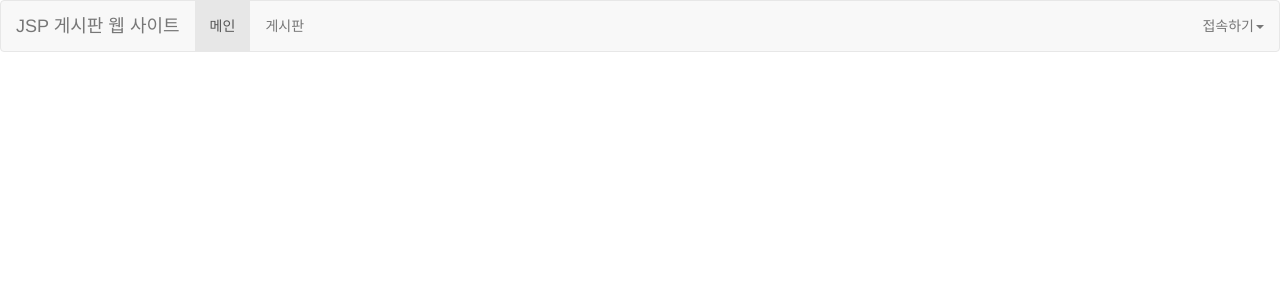
Repository: hanseu9839/BbsJSP
Page: http://localhost/BBS/main.jsp
An editor plug-in stored every save of this project. The page is shown before and after the next save, followed by the edit.
The browser window is 1280 px wide. The pictures show the whole page.
The page is served by Tomcat 9. Other server files are loaded and not shown.

Above is the page before, as saved 2021-05-03 06:54:57.

### BBS/src/main/webapp/main.jsp
<%@ page language="java" contentType="text/html; charset=UTF-8"
    pageEncoding="UTF-8"%>
    <%@ page import ="java.io.PrintWriter"%>
    <!-- UTF-8은 요즘 가장 많이 쓰이는 대표적인 형식 (한글,영어) 둘다 지원됨 -->
<!DOCTYPE html>
<html>
<head>
<meta http-equiv="Content-Type" content="text/html; charset=UTF-8">
<meta name="viewport" content="width-device-width", initial-scale="1">
<link rel="stylesheet" href="css/bootstrap.min.css">
<title>JSP 게시판 웹사이트 </title>
</head>
<body>
	<%
		String userID = null;
		if(session.getAttribute("userID") != null){
			userID = (String) session.getAttribute("userID");
		}
	%>
   <nav class="navbar navbar-default">
      <div class="navbar-header">
         <button type="button" class="navbar-toggle collapsed"
         data-toggle="collapse" data-target= "#bs-example-navbar-collapse-1"
         aria-expanded="false">
         <span class="icon-bar"></span>
         <span class="icon-bar"></span>
         <span class="icon-bar"></span>
         </button>
         <a class="navbar-brand" href="main.jsp">JSP 게시판 웹 사이트</a>
      </div>
      <div class="collapse navbar-collapse" id="bs-example-navbar-collapse-1">
         <ul class="nav navbar-nav">
            <li class="active"><a href ="main.jsp">메인</a></li>
            <li><a href ="bbs.jsp">게시판</a></li>
         </ul>
         <%
         	if(userID == null) {
         %>



         <ul class="nav navbar-nav navbar-right">
            <li class="dropdown">
               <a href="#" class="dropdown-toogle"
                  data-toggle="dropdown" role="button" aria-haspopup="true"
                  aria-expanded="false">접속하기<span class="caret"></span></a>
                  <ul class="dropdown-menu">
                     <li><a href="login.jsp">로그인</a></li>
                     <li><a href="join.jsp">회원가입</a></li>
                  </ul>
            </li>
         </ul>
         <%
         	} else {
         		%>
         		<ul class="nav navbar-nav navbar-right">
            <li class="dropdown">
               <a href="#" class="dropdown-toogle"
                  data-toggle="dropdown" role="button" aria-haspopup="true"
                  aria-expanded="false">회원관리<span class="caret"></span></a>
                  <ul class="dropdown-menu">
                     <li><a href="logoutAction.jsp">로그인아웃</a></li>
                  </ul>
            </li>
         </ul>
         <%
         	}
         %>
      </div>
   </nav>
   <script src="https://ajax.googleapis.com/ajax/libs/jquery/1.12.4/jquery.min.js"></script>
<script src="js/bootstrap.min.js"></script>
</body>
</html>

Loaded but not shown: BBS/src/main/webapp/css/bootstrap.min.css (library); BBS/src/main/webapp/js/bootstrap.min.js (library)

After the next save:
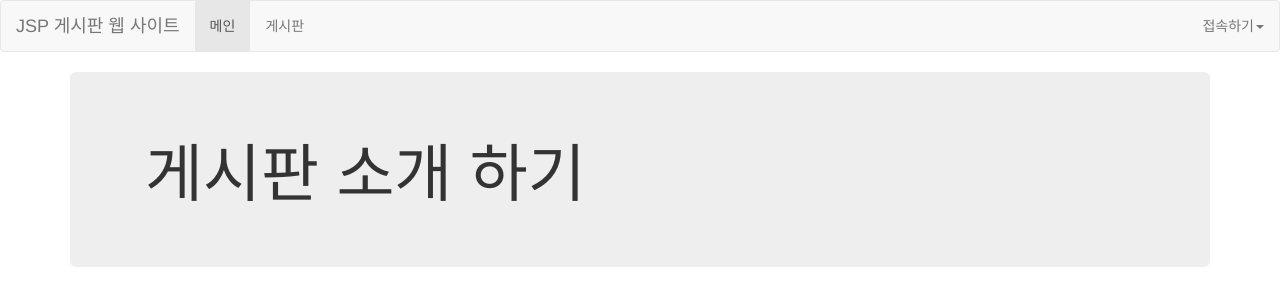
Saved 2 min 5 s later.
--- a/BBS/src/main/webapp/main.jsp
+++ b/BBS/src/main/webapp/main.jsp
@@ -68,6 +68,13 @@
          %>
       </div>
    </nav>
+   <div class="container">
+   		<div class="jumbotron">
+   			<div class="container">
+   				<h1>게시판 소개 하기</h1>
+   			</div>
+   		</div>
+   </div>
    <script src="https://ajax.googleapis.com/ajax/libs/jquery/1.12.4/jquery.min.js"></script>
 <script src="js/bootstrap.min.js"></script>
 </body>
